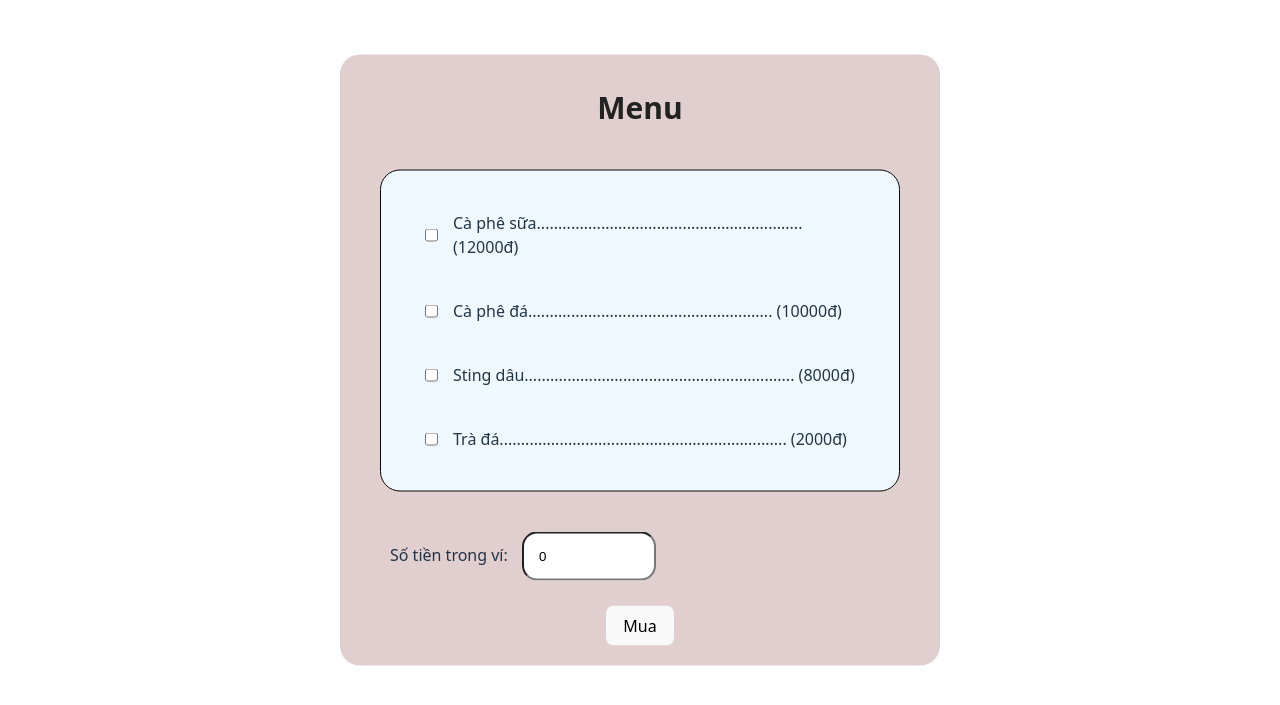
Repository: thidieu2005/React_State
Page: /
These files come from the project's save history. The page is drawn as it stood at one moment and after a run of saves; the edit follows.
The browser window is 1280 px wide. The pictures show the whole page.
The project was rebuilt for these pictures with package versions that can differ from the ones it lists, and the page was loaded fresh each time. Also part of the build but not shown: vite.config.js, src/Dientich_hcn.jsx, src/App.jsx, src/Counter_function.jsx, src/S_hnc.jsx, src/data.jsx, src/App.css, src/State_getData.jsx and 6 more.

Above is the page before, as saved 2025-04-29 07:05:38.

### src/main.jsx
import { StrictMode } from 'react'
import { createRoot } from 'react-dom/client'
import './index.css'
import App from './App.jsx'
import Dientich_hcn from './Dientich_hcn.jsx'
// import App from './App.jsx'
// import Counter from './Counter.jsx'
import CounterFunction from './Counter_function.jsx'
import S_hcn from './S_hnc.jsx'
import State_getData from './State_getData.jsx'
import FGetdtAPI from './FGetdtAPI.jsx'
import CGetdtAPI from './CGetdtAPI.jsx'
import CaxiosAPI from './axios/CaxiosAPI.jsx'
import FuaxiosAPI from './axios/FuaxiosAPI.jsx'
import MyForm from './Form/form1.jsx'
import { DiemTB } from './Form/diem.jsx'
import SimpleMenu from './Form/checkbox.jsx'
createRoot(document.getElementById('root')).render(
  <StrictMode>
    <  SimpleMenu />
  </StrictMode>,
)

### src/Form/checkbox.jsx
//tạo menu đồ uống. Chọn món muốn mua, dùng checkbox để tích vào đồ cần mua
//menu có tên, giá, số lượng(tự nhập). ở dưới có ô nhập số tiền. nếu tổng tiềm chọn món lớn hơn số tiền từ ô nhập thì thông báo không đủ tiền
//nếu đủ tiền thì thông báo đã chọn món thành công và số dư còn lại
//bt2: tạo form để tạo 1 sp, có thể lưu vào local storage sau đó hiển thị ra. Và tiếp tục nâng cao lưu vào session, cloud, backend(APi, Sql,..)


import React, { useState } from "react";
import "./SimpleMenu.css"; // 🛑 Import file CSS riêng!

export default function SimpleMenu() {
  const menu = [
    { id: 1, name: "Cà phê sữa..............................................................", price: 12000 },
    { id: 2, name: "Cà phê đá.........................................................", price: 10000 },
    { id: 3, name: "Sting dâu...............................................................", price: 8000 },
    { id: 4, name: "Trà đá...................................................................", price: 2000 },
  ];

  const [selections, setSelections] = useState({});
  const [wallet, setWallet] = useState(0);
  const [message, setMessage] = useState("");

  const handleSelect = (id) => {
    const newSelections = { ...selections };
    if (newSelections[id] && newSelections[id].selected) {
      newSelections[id].selected = false;
    } else {
      newSelections[id] = { selected: true, quantity: 1 };
    }
    setSelections(newSelections);
  };

  const handleQuantityChange = (id, change) => {
    const newSelections = { ...selections };
    if (newSelections[id]) {
      let newQuantity = newSelections[id].quantity + change;
      if (newQuantity < 1) {
        newQuantity = 1;
      }
      newSelections[id].quantity = newQuantity;
      setSelections(newSelections);
    }
  };

  const calculateTotal = () => {
    let total = 0;
    menu.forEach((item) => {
      const selectedItem = selections[item.id];
      if (selectedItem && selectedItem.selected) {
        total += item.price * selectedItem.quantity;
      }
    });
    return total;
  };

  const handleBuy = () => {
    const total = calculateTotal();
    if (total === 0) {
      setMessage("Chưa chọn món nào!");
    } else if (total > wallet) {
      setMessage("Không đủ tiền!");
    } else {
      const remaining = wallet - total;
      setMessage(`Mua thành công! Số dư còn lại: ${remaining}đ`);
    }
  };

  return (
      <div className="menu-container">
          <h2 className="menu-title">Menu</h2>
          <div className="menu-list">
      {menu.map((item) => (
        <div key={item.id} className="menu-item">
              <input className="checkbox"
            type="checkbox"
            checked={selections[item.id]?.selected || false}
            onChange={() => handleSelect(item.id)}
          />
          {item.name} ({item.price}đ)

          {selections[item.id]?.selected && (
            <span className="quantity-control">
              <button onClick={() => handleQuantityChange(item.id, -1)}>-</button>
              <span className="quantity">{selections[item.id].quantity}</span>
              <button onClick={() => handleQuantityChange(item.id, 1)}>+</button>
            </span>
          )}
        </div>
      ))}</div>

      <div className="wallet-input">
        <label>Số tiền trong ví: </label>
        <input className="wallet"
          placeholder="Nhập số tiền"
          type="number"
          value={wallet}
          onChange={(e) => setWallet(Number(e.target.value))}
        />
      </div>

      <div className="buy-button">
        <button onClick={handleBuy}>Mua</button>
      </div>

      <div className="message">{message}</div>
    </div>
  );
}

### src/Form/SimpleMenu.css
            body {
                align-items: center;
            }

            .menu-container {
                /* padding: 30px; */
                max-width: 800px;
                margin: auto;
                align-items: center;
                background-color: #e1cece;
                border-radius: 20px;
                width: 600px;
                position: absolute;
                /* hoặc position: fixed cũng được */
                top: 50%;
                left: 50%;
                transform: translate(-50%, -50%);
            }

            .menu-title {
                margin: 30px;
                text-align: center;
                font-size: 30px;
                color: #222222;
            }

            .menu-list {
                background-color: aliceblue;
                border-radius: 20px;
                border: 1px solid #090808;
                align-items: center;
                margin: 40px;
            }

            .menu-item {
                margin: 40px;
                display: flex;
                align-items: center;
            }

            .quantity-control {
                margin-left: 10px;
            }

            .checkbox {
                margin-right: 15px;
                border-radius: 10px;
            }

            .quantity-control button {
                margin: 0 5px;
                width: 30px;
                height: 30px;
            }

            .quantity {
                display: inline-block;
                width: 20px;
                text-align: center;
            }

            .wallet-input {
                align-items: center;
                margin-top: 20px;
                margin-left: 50px;
                border-radius: 15px;
            }

            .wallet-input input {
                margin-left: 10px;
                width: 100px;
                border-radius: 15px;
                padding: 15px;
            }

            .buy-button {
                margin-top: 25px;
                text-align: center;
            }

            .buy-button button {
                padding: 8px 16px;
                font-size: 16px;
            }

            .message {
                margin-top: 20px;
                font-weight: bold;
                text-align: center;
                color: green;
            }

Loaded but not shown: index.html (common file); src/index.css (common file)

After the next 2 saves:
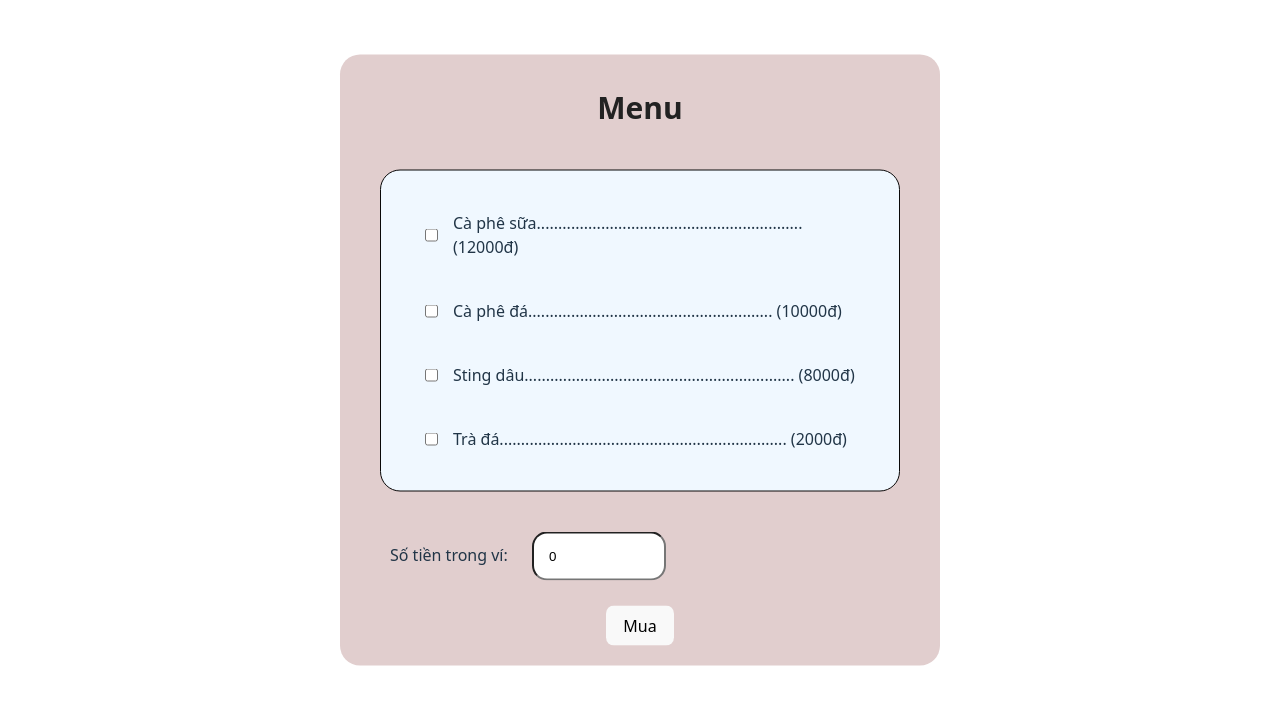
The 2 saves are shown as one change because they came seconds apart.
The last was saved 9 s later.
--- a/src/Form/SimpleMenu.css
+++ b/src/Form/SimpleMenu.css
@@ -67,7 +67,7 @@
             }
 
             .wallet-input input {
-                margin-left: 10px;
+                margin-left: 20px;
                 width: 100px;
                 border-radius: 15px;
                 padding: 15px;
